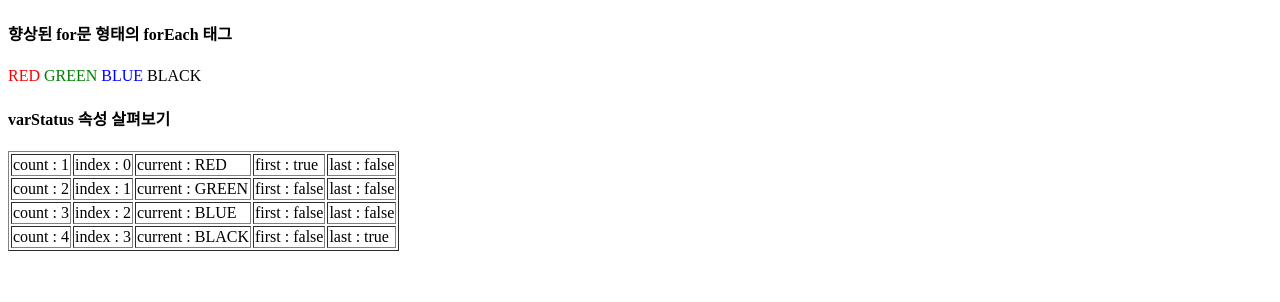
Repository: Jadedvst/Java_JSP-Servlet
Page: http://localhost/MustHaveJSP/11JSTL/core/ForEachExtend2.jsp
The author's editor kept a copy of each file at every save. The page is drawn from the files as they stood at one save, then again after the next save.
The browser window is 1280 px wide. The pictures show the whole page.
The page is served by Tomcat 10.

Above is the page before, as saved 2023-12-19 03:02:49.

After the next save:
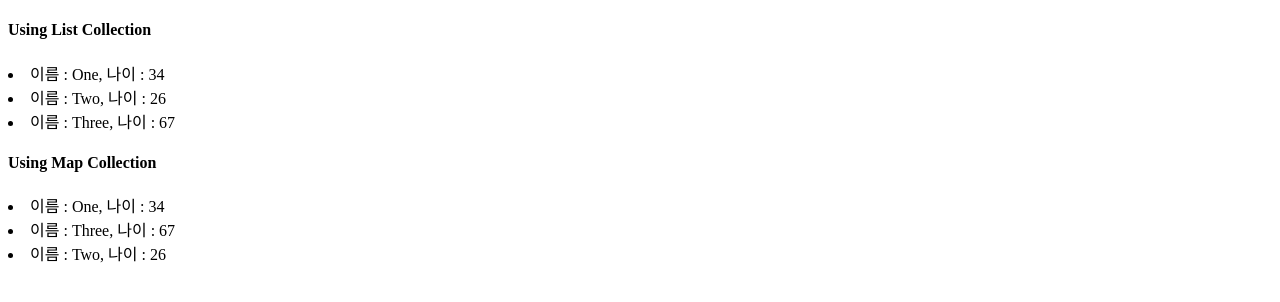
Saved 6 min 42 s later.
--- a/MustHaveJSP/src/main/webapp/11JSTL/core/ForEachExtend2.jsp
+++ b/MustHaveJSP/src/main/webapp/11JSTL/core/ForEachExtend2.jsp
@@ -1,3 +1,7 @@
+<%@page import="java.util.Map"%>
+<%@page import="java.util.HashMap"%>
+<%@page import="common.Person"%>
+<%@page import="java.util.LinkedList"%>
 <%@ page language="java" contentType="text/html; charset=UTF-8"
     pageEncoding="UTF-8"%>
 <%@ taglib prefix="c" uri="jakarta.tags.core"%>
@@ -5,28 +9,31 @@
 <html>
 <head>
 <meta charset="UTF-8">
-<title>JSTL - forEach 1</title>
+<title>JSTL - forEach 2</title>
 </head>
 <body>
-	<h4>향상된 for문 형태의 forEach 태그</h4>
+	<h4>Using List Collection</h4>
 	<%
-	String[] rgba = {"RED","GREEN","BLUE","BLACK"};
+	LinkedList<Person> lists = new LinkedList<>();
+	lists.add(new Person("One",34));
+	lists.add(new Person("Two",26));
+	lists.add(new Person("Three",67));
 	%>
-	<c:forEach items="<%=rgba %>" var="c">
-		<span style="color: ${ c };"> ${ c } </span>
+	<c:set var="lists" value="<%= lists %>"/>
+	<c:forEach items="<%= lists %>" var="list">
+		<li>이름 : ${ list.name }, 나이 : ${ list.age }</li>
 	</c:forEach>
 
-	<h4>varStatus 속성 살펴보기</h4>
-	<table border="1">
-	<c:forEach items="<%=rgba %>" var="c" varStatus="loop">
-		<tr>
-			<td>count : ${ loop.count }</td>
-			<td>index : ${ loop.index }</td>
-			<td>current : ${ loop.current }</td>
-			<td>first : ${ loop.first }</td>
-			<td>last : ${ loop.last }</td>
-		</tr>
+	<h4>Using Map Collection</h4>
+	<%
+	Map<String,Person> maps = new HashMap<>();
+	maps.put("1st",new Person("One",34));
+	maps.put("2nd",new Person("Two",26));
+	maps.put("3rd",new Person("Three",67));
+	%>
+	<c:set var="maps" value="<%= maps %>"/>
+	<c:forEach items="<%= maps %>" var="map">
+		<li>이름 : ${ map.value.name }, 나이 : ${ map.value.age }</li>
 	</c:forEach>
-	</table>
 </body>
 </html>
